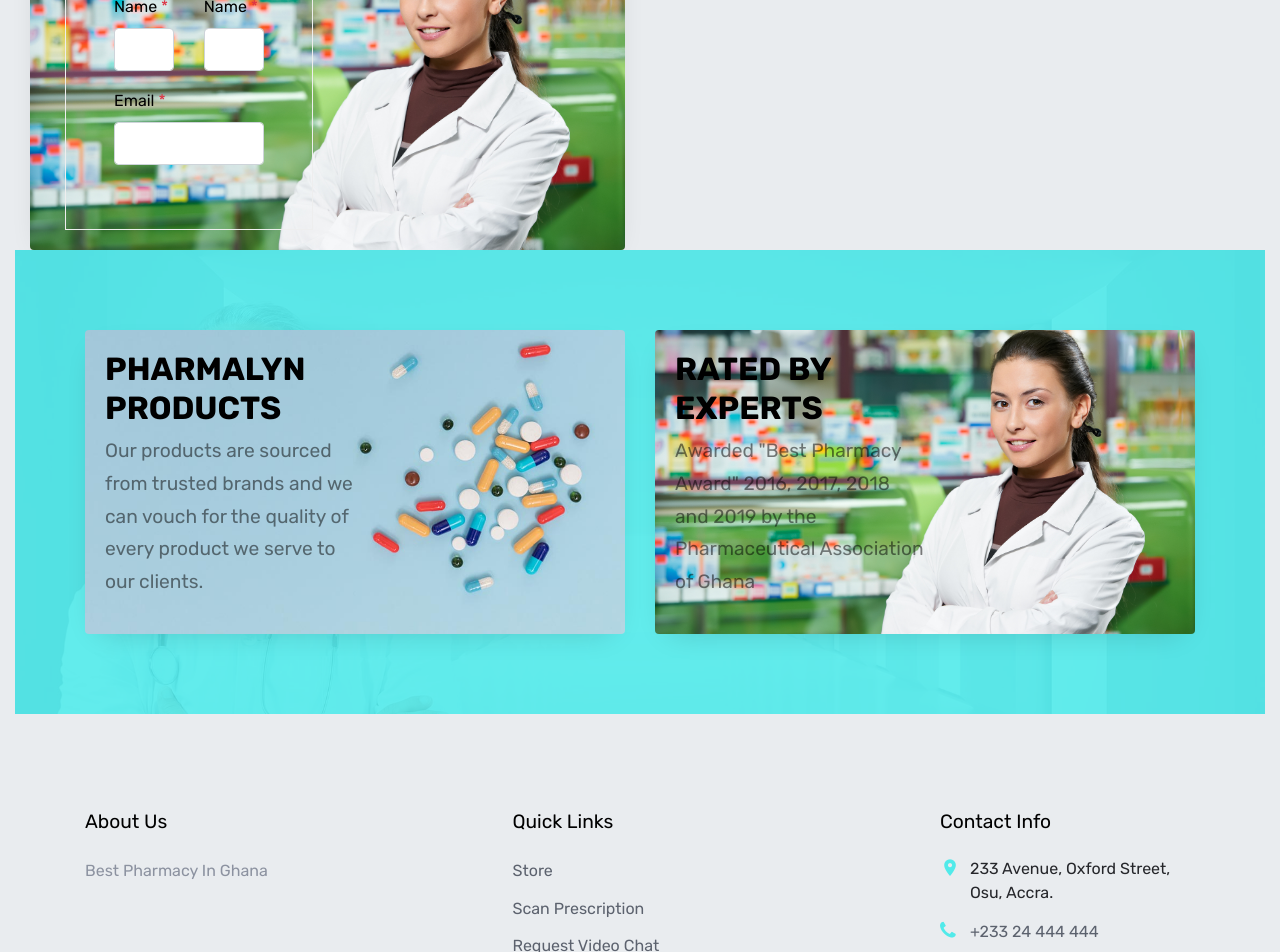
Repository: Nat-A/finalyearproject
Page: pharma/index - Copy.html
The author's editor kept a copy of each file at every save. The page is drawn from the files as they stood at one save, then again after the next save.
The browser window is 1280 px wide. The pictures show the part of the page from y = 1035 to 1987 px (the page is 2350 px tall before and 1886 px after).

Above is the page before, as saved 2020-06-03 12:44:37.

### pharma/index - Copy.html
<!DOCTYPE html>
<html lang="en">

<head>
    <title>PharmaLyn &mdash; HomePage</title>
    <meta charset="utf-8">
    <meta name="viewport" content="width=device-width, initial-scale=1, shrink-to-fit=no">

    <link href="https://fonts.googleapis.com/css?family=Rubik:400,700|Crimson+Text:400,400i" rel="stylesheet">
    <link rel="stylesheet" href="fonts/icomoon/style.css">

    <link rel="stylesheet" href="css/bootstrap.min.css">
    <link rel="stylesheet" href="css/magnific-popup.css">
    <link rel="stylesheet" href="css/jquery-ui.css">
    <link rel="stylesheet" href="css/owl.carousel.min.css">
    <link rel="stylesheet" href="css/owl.theme.default.min.css">


    <link rel="stylesheet" href="css/aos.css">

    <link rel="stylesheet" href="css/style.css">

</head>

<body>

    <div class="site-wrap">

        <!-- navbar  -->
        <div class="site-navbar py-2">

            <div class="search-wrap">
                <div class="container">
                    <a href="#" class="search-close js-search-close"><span class="icon-close2"></span></a>
                    <!-- search feature -->
                    <form action="#" method="post">
                        <input type="text" class="form-control" placeholder="Search drug...">
                    </form>
                </div>
            </div>

            <div class="container">
                <div class="d-flex align-items-center justify-content-between">
                    <div class="logo">
                        <div class="site-logo">
                            <a href="index.html" class="js-logo-clone">PharmaLyn</a>
                        </div>
                    </div>
                    <div class="main-nav d-none d-lg-block">
                        <nav class="site-navigation text-right text-md-center" role="navigation">
                            <ul class="site-menu js-clone-nav d-none d-lg-block">
                                <li class="active"><a href="index.html">Home</a></li>

                                <li class="has-children">
                                    <a href="#">Services</a>
                                    <ul class="dropdown">
                                        <li><a href="shop.html">Store</a></li>
                                        <li><a href="#">Scan Prescription</a></li>
                                        <li><a href="#">Request Video Chat</a></li>
                                    </ul>
                                </li>
                                <li><a href="contact.html">Contact</a></li>
                                <li><a href="about.html">About</a></li>
                                <li><a href="#">Log In / Sign Up  </a></li>
                                <!-- insert modal here -->
                            </ul>
                        </nav>
                    </div>
                    <div class="icons">
                        <a href="#" class="icons-btn d-inline-block js-search-open"><span class="icon-search"></span></a>
                        <a href="cart.html" class="icons-btn d-inline-block bag">
                            <span class="icon-shopping-bag"></span>
                            <!-- subject to the items in the cart -->
                            <span class="number">2</span>
                        </a>
                        <a href="#" class="site-menu-toggle js-menu-toggle ml-3 d-inline-block d-lg-none"><span
                class="icon-menu"></span></a>
                    </div>
                </div>
            </div>
        </div>
        <!-- end of navbar -->


        <!-- site banner -->
        <div class="site-blocks-cover" style="background-image: url('images/pills.jpg');">
            <div class="container">
                <div class="row">
                    <div class="col-lg-7 mx-auto order-lg-2 align-self-center">
                        <div class="site-block-cover-content text-center">
                            <h2 class="sub-title">PharmaLyn, We Care For You</h2>
                            <h1>Welcome To PharmaLyn</h1>
                            <p>
                                <a href="shop.html" class="btn btn-primary px-5 py-3">Shop Now</a>
                            </p>
                        </div>
                    </div>
                </div>
            </div>
        </div>
        <!-- end of banner -->


        <!-- brands -->
        <div class="jumbotron jumbotron-fluid">
            <div class="container col-lg-12 col-md-12 m-sm-auto">
                <div class="row">
                    <div class="title-section text-center col-12">
                        <h2 class="text-uppercase">Our Brands</h2>
                    </div>
                </div>

                <div class="col-lg-6 mb-5 mb-lg-0 ">
                    <a class="banner-1 h-100 d-flex " style="background-image: url( 'images/avatars/doctor4.jpg'); ">
                        <div class="banner-1-inner align-self-center ">

                            <div class="col-md-12">

                                <form action="#" method="post">

                                    <div class="p-3 p-lg-5 border">
                                        <div class="form-group row">
                                            <div class="col-md-6">
                                                <label for="c_fname" class="text-black">First Name <span class="text-danger">*</span></label>
                                                <input type="text" class="form-control" id="c_fname" name="c_fname">
                                            </div>
                                            <div class="col-md-6">
                                                <label for="c_lname" class="text-black">Last Name <span class="text-danger">*</span></label>
                                                <input type="text" class="form-control" id="c_lname" name="c_lname">
                                            </div>
                                        </div>
                                        <div class="form-group row">
                                            <div class="col-md-12">
                                                <label for="c_email" class="text-black">Email <span class="text-danger">*</span></label>
                                                <input type="email" class="form-control" id="c_email" name="c_email" placeholder="">
                                            </div>
                                        </div>




                                    </div>
                                </form>
                            </div>
                        </div>
                    </a>
                </div>










                <!-- site ad -->
                <div class="site-section bg-secondary bg-image " style="background-image: url( 'images/bg_2.jpg'); ">
                    <div class="container ">
                        <div class="row align-items-stretch ">
                            <div class="col-lg-6 mb-5 mb-lg-0 ">
                                <a class="banner-1 h-100 d-flex " style="background-image: url( 'images/bg_1.jpg'); ">
                                    <div class="banner-1-inner align-self-center ">
                                        <h2>PharmaLyn Products</h2>
                                        <p>Our products are sourced from trusted brands and we can vouch for the quality of every product we serve to our clients.
                                        </p>
                                    </div>
                                </a>
                            </div>
                            <div class="col-lg-6 mb-5 mb-lg-0 ">
                                <a class="banner-1 h-100 d-flex " style="background-image: url( 'images/avatars/doctor4.jpg'); ">
                                    <div class="banner-1-inner align-self-center ">
                                        <h2>Rated by Experts</h2>
                                        <p>Awarded "Best Pharmacy Award" 2016, 2017, 2018 and 2019 by the Pharmaceutical Association of Ghana
                                        </p>
                                    </div>
                                </a>
                            </div>
                        </div>
                    </div>
                </div>
                <!-- end of ad -->



                <!-- footer -->
                <footer class="site-footer ">
                    <div class="container ">
                        <div class="row ">
                            <div class="col-md-6 col-lg-3 mb-4 mb-lg-0 ">

                                <div class="block-7 ">
                                    <h3 class="footer-heading mb-4 ">About Us</h3>
                                    <p>Best Pharmacy In Ghana</p>
                                </div>

                            </div>
                            <div class="col-lg-3 mx-auto mb-5 mb-lg-0 ">
                                <h3 class="footer-heading mb-4 ">Quick Links</h3>
                                <ul class="list-unstyled ">
                                    <li><a href="shop.html ">Store</a></li>
                                    <li><a href="# ">Scan Prescription</a></li>
                                    <li><a href="# ">Request Video Chat</a></li>
                                </ul>
                            </div>

                            <div class="col-md-6 col-lg-3 ">
                                <div class="block-5 mb-5 ">
                                    <h3 class="footer-heading mb-4 ">Contact Info</h3>
                                    <ul class="list-unstyled ">
                                        <li class="address ">233 Avenue, Oxford Street, Osu, Accra. </li>
                                        <li class="phone "><a href="tel:// ">+233 24 444 444</a></li>
                                        <li class="email ">info@pharmalyn.shop</li>
                                    </ul>
                                </div>
                            </div>
                        </div>
                        <div class="row pt-5 text-center ">
                            <div class="col-md-12 ">
                                <p>
                                    Copyright &copy;
                                    <script>
                                        document.write(new Date().getFullYear());
                                    </script> All rights reserved | PharmaLyn
                                </p>
                            </div>
                        </div>
                    </div>
                </footer>
                <!-- end of footer -->
            </div>

            <script src="js/jquery-3.3.1.min.js "></script>
            <script src="js/jquery-ui.js "></script>
            <script src="js/popper.min.js "></script>
            <script src="js/bootstrap.min.js "></script>
            <script src="js/owl.carousel.min.js "></script>
            <script src="js/jquery.magnific-popup.min.js "></script>
            <script src="js/aos.js "></script>

            <script src="js/main.js "></script>

</body>

</html>

Loaded but not shown: pharma/fonts/icomoon/style.css (common file); pharma/css/bootstrap.min.css (library); pharma/css/magnific-popup.css (library); pharma/css/jquery-ui.css (library); pharma/css/owl.carousel.min.css (common file); pharma/css/owl.theme.default.min.css (common file); pharma/css/aos.css (library); pharma/js/jquery-3.3.1.min.js (library); pharma/js/jquery-ui.js (library); pharma/js/popper.min.js (library); pharma/js/bootstrap.min.js (library); pharma/js/owl.carousel.min.js (library); pharma/js/jquery.magnific-popup.min.js (library); pharma/js/aos.js (library); pharma/js/main.js (219 lines, source omitted); pharma/css/style.css (1125 lines, source omitted)

After the next save:
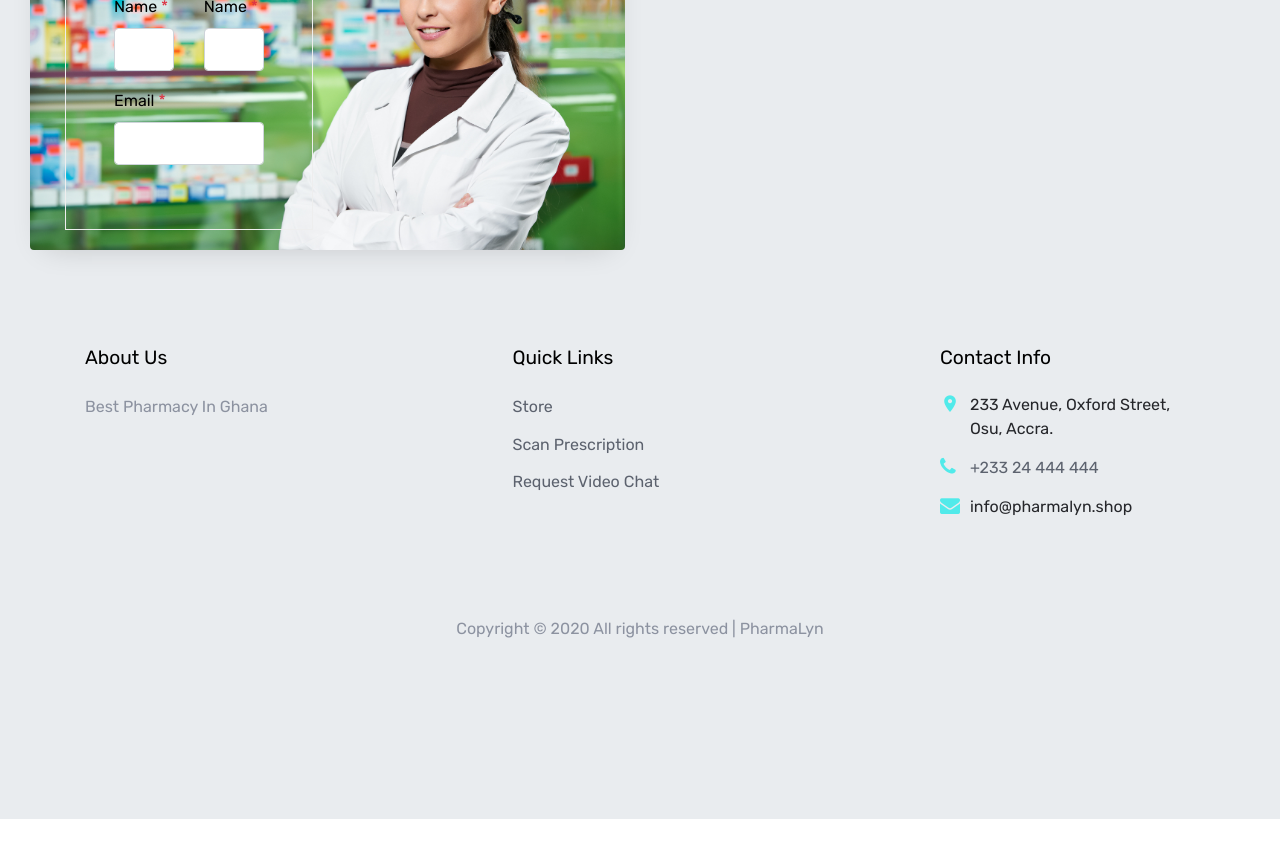
Saved 22 s later.
--- a/pharma/index - Copy.html
+++ b/pharma/index - Copy.html
@@ -155,32 +155,6 @@
 
 
 
-                <!-- site ad -->
-                <div class="site-section bg-secondary bg-image " style="background-image: url( 'images/bg_2.jpg'); ">
-                    <div class="container ">
-                        <div class="row align-items-stretch ">
-                            <div class="col-lg-6 mb-5 mb-lg-0 ">
-                                <a class="banner-1 h-100 d-flex " style="background-image: url( 'images/bg_1.jpg'); ">
-                                    <div class="banner-1-inner align-self-center ">
-                                        <h2>PharmaLyn Products</h2>
-                                        <p>Our products are sourced from trusted brands and we can vouch for the quality of every product we serve to our clients.
-                                        </p>
-                                    </div>
-                                </a>
-                            </div>
-                            <div class="col-lg-6 mb-5 mb-lg-0 ">
-                                <a class="banner-1 h-100 d-flex " style="background-image: url( 'images/avatars/doctor4.jpg'); ">
-                                    <div class="banner-1-inner align-self-center ">
-                                        <h2>Rated by Experts</h2>
-                                        <p>Awarded "Best Pharmacy Award" 2016, 2017, 2018 and 2019 by the Pharmaceutical Association of Ghana
-                                        </p>
-                                    </div>
-                                </a>
-                            </div>
-                        </div>
-                    </div>
-                </div>
-                <!-- end of ad -->
 
 
 
